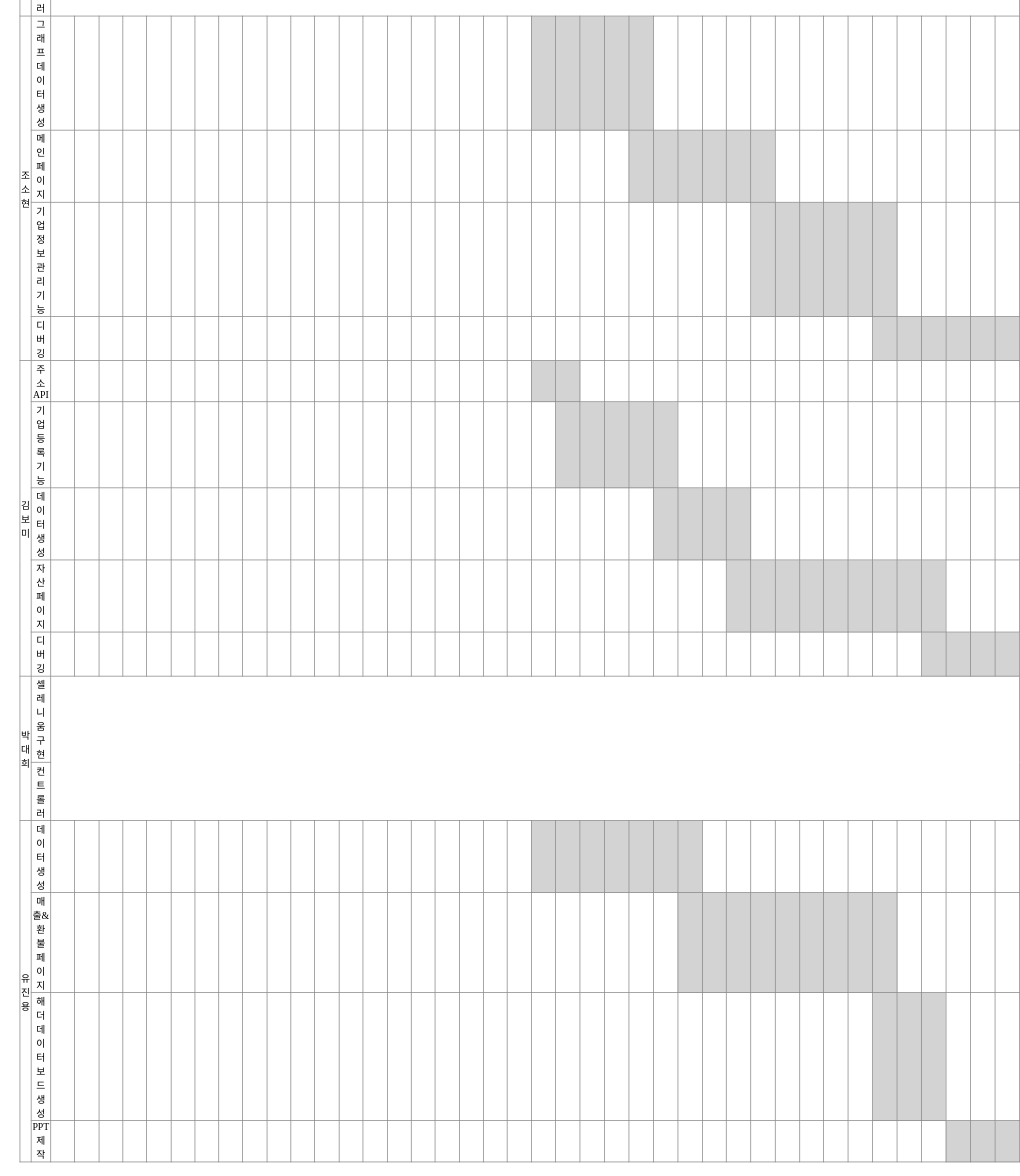
Repository: JEON-KIHO/finalProject
Page: http://localhost/ERP/WEB-INF/views/schedule.jsp
The author's editor kept a copy of each file at every save. The page is drawn from the files as they stood at one save, then again after the next save.
The browser window is 1280 px wide. The page is 1457 px wide, so the pictures cover 1457 px, including what lies to the right of the window. The pictures show the part of the page from y = 1529 to 3209 px (the page is 3209 px tall), at 70% of full size.
The page is served by Tomcat 9. Nobody is signed in. The template is opened directly, without the code that normally fills it, so the values that code supplies are empty.

Above is the page before, as saved 2020-12-24 05:48:23.

After the next save:
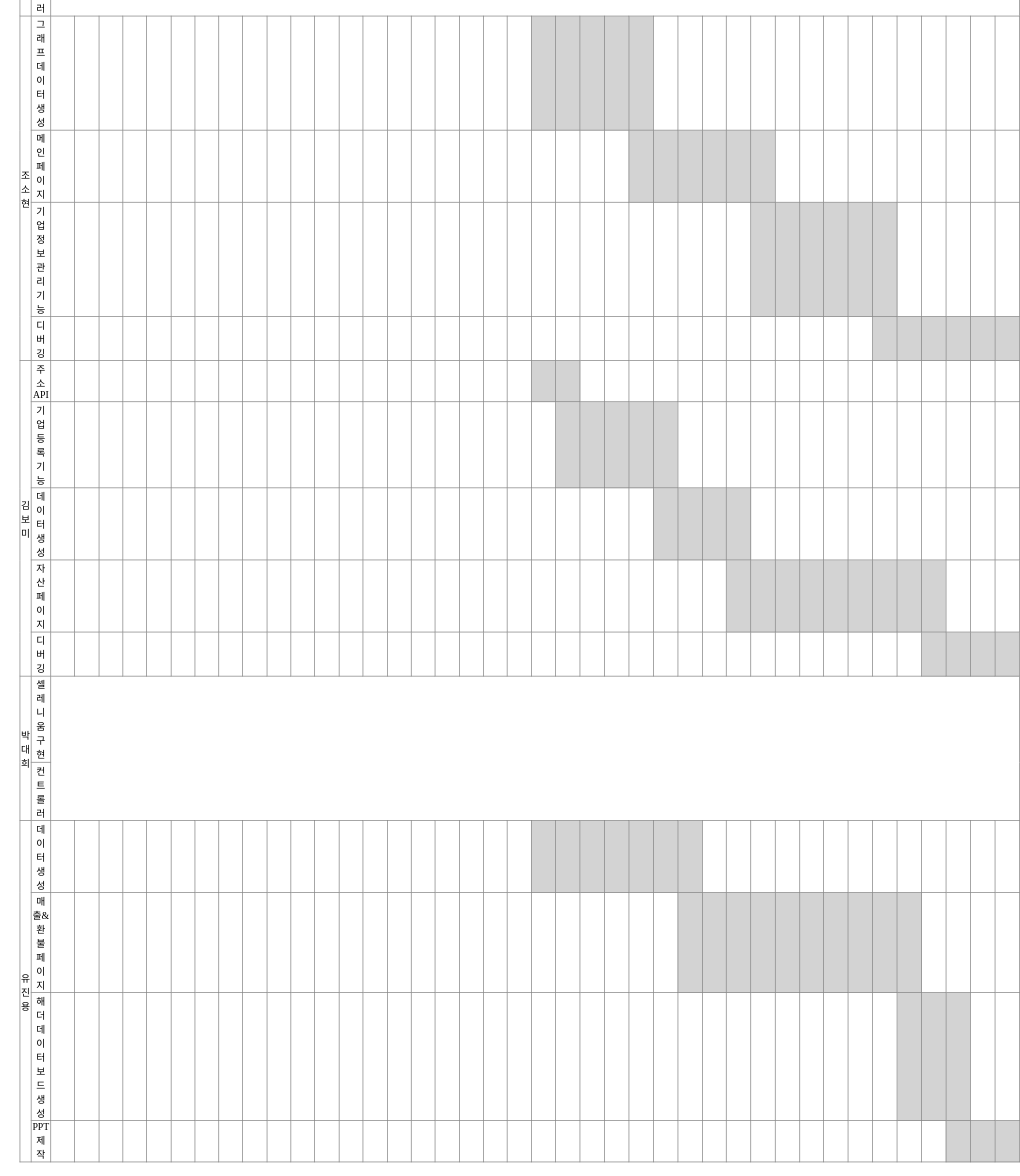
Saved 20 s later.
--- a/ERP/src/main/webapp/WEB-INF/views/schedule.jsp
+++ b/ERP/src/main/webapp/WEB-INF/views/schedule.jsp
@@ -218,7 +218,7 @@
 	<td class="white"></td><td class="white"></td><td class="white"></td><td class="white"></td><td class="white"></td>
 	<td class="white"></td><td class="black"></td><td class="black"></td><td class="black"></td><td class="black"></td>
 	<td class="black"></td><td class="black"></td><td class="black"></td><td class="black"></td><td class="black"></td>
-	<td class="white"></td><td class="white"></td><td class="white"></td><td class="white"></td><td class="white"></td></tr>
+	<td class="black"></td><td class="white"></td><td class="white"></td><td class="white"></td><td class="white"></td></tr>
 
 	<tr><td>해더 데이터보드 생성</td><td class="white"></td><td class="white"></td><td class="white"></td><td class="white"></td><td class="white"></td>
 	<td class="white"></td><td class="white"></td><td class="white"></td><td class="white"></td><td class="white"></td>
@@ -226,8 +226,8 @@
 	<td class="white"></td><td class="white"></td><td class="white"></td><td class="white"></td><td class="white"></td>
 	<td class="white"></td><td class="white"></td><td class="white"></td><td class="white"></td><td class="white"></td>
 	<td class="white"></td><td class="white"></td><td class="white"></td><td class="white"></td><td class="white"></td>
-	<td class="white"></td><td class="white"></td><td class="white"></td><td class="white"></td><td class="black"></td>
-	<td class="black"></td><td class="black"></td><td class="white"></td><td class="white"></td><td class="white"></td></tr>
+	<td class="white"></td><td class="white"></td><td class="white"></td><td class="white"></td><td class="white"></td>
+	<td class="black"></td><td class="black"></td><td class="black"></td><td class="white"></td><td class="white"></td></tr>
 
 	<tr><td>PPT 제작</td><td class="white"></td><td class="white"></td><td class="white"></td><td class="white"></td><td class="white"></td>
 	<td class="white"></td><td class="white"></td><td class="white"></td><td class="white"></td><td class="white"></td>
